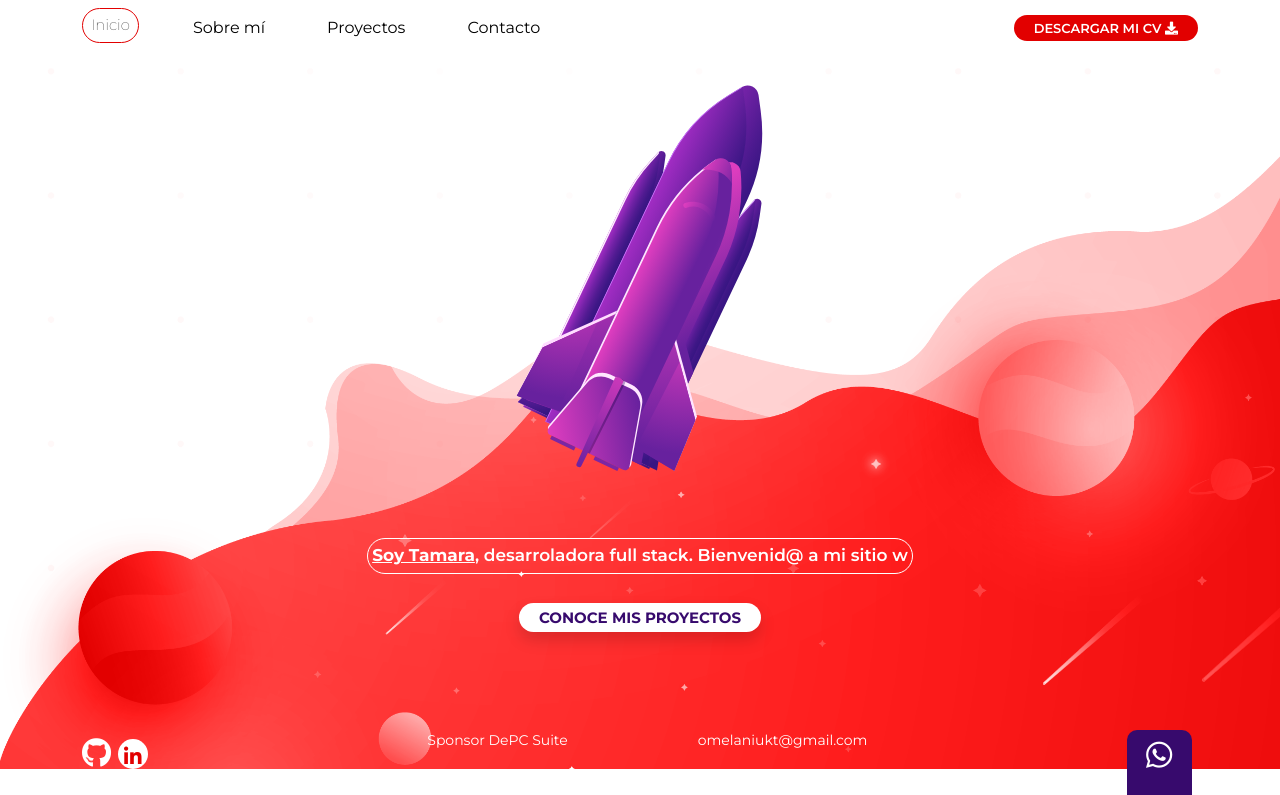
Repository: tamara-o1995/Portafolio
Page: http://localhost/php/
The author's editor kept a copy of each file at every save. The page is drawn from the files as they stood at one save, then again after the next save.
The browser window is 1280 px wide. The pictures show the whole page.
Some web libraries are served in a nearby version. The page is run by PHP 8.4 with error messages shown; the project is at /var/www/html/.

Above is the page before, as saved 2021-09-29 15:24:37.
Not found: js/my.js

After the next save:
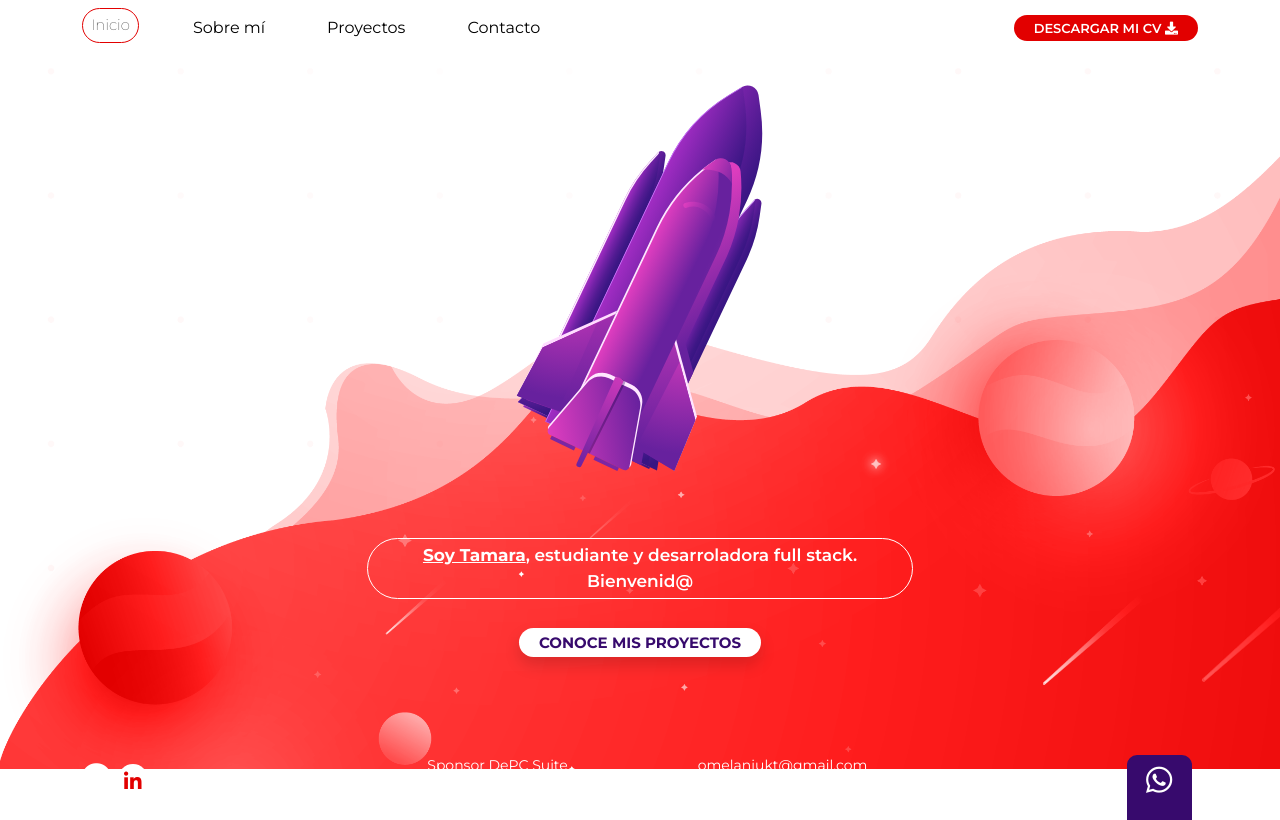
Saved 53 s later.
--- a/index.php
+++ b/index.php
@@ -58,7 +58,7 @@
 </html>
 <script>
     var i = 0;
-    var txt = ", desarroladora full stack. Bienvenid@ a mi sitio web.";
+    var txt = ", estudiante y desarroladora full stack. Bienvenid@ a mi sitio web.";
     var speed = 100;
 
 
